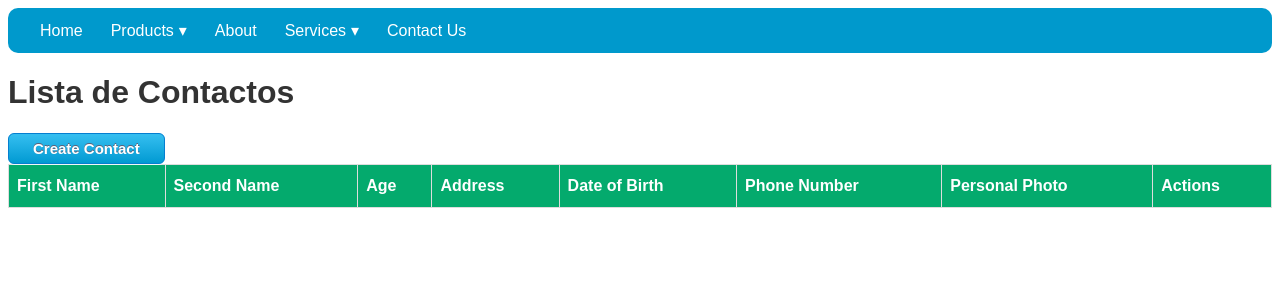
Repository: fgala1619/frontSistGestionBank
Page: index.html
The author's editor kept a copy of each file at every save. The page is drawn from the files as they stood at one save, then again after the next save.
The browser window is 1280 px wide. The pictures show the whole page.

Above is the page before, as saved 2023-07-26 20:12:03.

### index.html
<link rel="stylesheet" href="style.css" />
<link rel="stylesheet" href="menu.css" />
<script src="script.js"></script>

<nav id='menu'>
  <input type='checkbox' id='responsive-menu' onclick='updatemenu()'><label></label>
  <ul>
    <li><a href='http://'>Home</a></li>
    <li><a class='dropdown-arrow' href='http://'>Products</a>
      <ul class='sub-menus'>
        <li><a href='http://'>Products 1</a></li>
        <li><a href='http://'>Products 2</a></li>
        <li><a href='http://'>Products 3</a></li>
        <li><a href='http://'>Products 4</a></li>
      </ul>
    </li>
    <li><a href='http://'>About</a></li>
    <li><a class='dropdown-arrow' href='http://'>Services</a>
      <ul class='sub-menus'>
        <li><a href='http://'>Services 1</a></li>
        <li><a href='http://'>Services 2</a></li>
        <li><a href='http://'>Services 3</a></li>
      </ul>
    </li>
    <li><a href='http://'>Contact Us</a></li>
  </ul>
</nav>




<h1>Lista de Contactos</h1>

<a onclick="createContact()" href="#" class="myButton">Create Contact</a>

<table id="customers">
  <thead>
    <tr>
        <th>First Name</th>
        <th>Second Name</th>
        <th>Age</th>
        <th>Address</th>
        <th>Date of Birth</th>
        <th>Phone Number</th>
        <th>Personal Photo</th>
        <th>Actions</th>
    </tr>
    </thead>

    <tbody>

    </tbody>


</table>


<!-- Modal -->
<div id="modal" class="modale" aria-hidden="true">
  <div class="modal-dialog">
    <div class="modal-header">
      <h2>Contact Information</h2>

      <a onclick="cerrarModal()" href="#" class="btn-close closemodale" aria-hidden="true">&times;</a>
    </div>
    <div class="modal-body">
      <input type="text" name="f" placeholder="First Name" size="20" /><br/>
      <input type="text" name="s" placeholder="Second Name" size="20" /><br/>
      <input type="text" name="a" placeholder="Age" size="20" /><br/>
      <input type="text" name="ad" placeholder="Address" size="20" /><br/>
      <input type="text" name="d" placeholder="Date of Birth" size="20" /><br/>
      <input type="text" name="pn" placeholder="Phone Number" size="20" /><br/>
      <input type="text" name="pp" placeholder="Personal Photo" size="20" /><br/>
    </div>
    <div class="modal-footer">


      <a href="#" class="btn" id="btn_ingresar">Insert</a>
    </div>
  </div>
</div>
<!-- /Modal -->


<script>
    function createContact(){
        htmlModal = document.getElementById("modal");
        htmlModal.setAttribute("class", "modale opened");
    }

    function cerrarModal(){
        htmlModal = document.getElementById("modal");
        htmlModal.setAttribute("class", "modale");
    }
</script>

### style.css
#customers {
        font-family: Arial, Helvetica, sans-serif;
        border-collapse: collapse;
        width: 100%;
    }

    #customers td, #customers th {
        border: 1px solid #ddd;
        padding: 8px;
    }

    #customers tr:nth-child(even){background-color: #f2f2f2;}
    #customers tr:hover{background-color:#ddd;}

    #customers th{
        padding-top: 12px;
        padding-bottom: 12px;
        text-align: left;
        background-color: #04AA6D;
        color: white;
    }

    .myButton{
        box-shadow: 0px 1px 0px 0px #f0f7fa;
        background: linear-gradient(to bottom, #33bdef 5%, #019ad2 100%);
        background-color:#33bdef;
        border-radius: 6px;
        border: 1px solid #057fd0;
        display: inline-block;
        cursor: pointer;
        color: #ffffff;
        font-family: Arial;
        font-size: 15px;
        font-weight: bold;
        padding: 6px 24px;
        text-decoration: none;
        text-shadow: 0px -1px 0px #5b6178;
    }
    .myButton:hover{
        background: linear-gradient(to bottom, #019ad2 5%, #33bdef 100%);
        background-color:#019ad2;
    }
    .myButton:active{
        position: relative;
        top: 1px;
    }

    .btnDelete{
        box-shadow: 0px 1px 0px 0px #f0f7fa;
        background: linear-gradient(to bottom, #ed3434 5%, #d10202 100%);
        background-color:#ed3434;
        border-radius: 6px;
        border: 1px solid #cf0606;
        display: inline-block;
        cursor: pointer;
        color: #ffffff;
        font-family: Arial;
        font-size: 15px;
        font-weight: bold;
        padding: 6px 24px;
        text-decoration: none;
        text-shadow: 0px -1px 0px #5b6178;
    }
    .btnDelete:hover{
        background: linear-gradient(to bottom, #d10202 5%, #ed3434 100%);
        background-color:#d10202;
    }
    .btnDelete:active{
        position: relative;
        top: 1px;
    }






    body{
  font-family:sans-serif;
  color:#333;
}

.btn {
  background: #428bca;
  border: #357ebd solid 0px;
  border-radius: 3px;
  color: #fff;
  display: inline-block;
  font-size: 14px;
  padding: 8px 15px;
  text-decoration: none;
  text-align: center;
  min-width: 60px;
  position: relative;
  transition: color .1s ease;
}
.btn:hover {
  background: #357ebd;
}
.btn.btn-big {
  font-size: 18px;
  padding: 15px 20px;
  min-width: 100px;
}
.btn-close {
  color: #aaaaaa;
  font-size: 20px;
  text-decoration: none;
  padding:10px;
  position: absolute;
  right: 7px;
  top: 0;
}
.btn-close:hover {
  color: #919191;
}
.modale:before {
  content: "";
  display: none;
  background: rgba(0, 0, 0, 0.6);
  position: fixed;
  top: 0;
  left: 0;
  right: 0;
  bottom: 0;
  z-index: 10;
}
.opened:before {
  display: block;
}
.opened .modal-dialog {
  -webkit-transform: translate(0, 0);
  -ms-transform: translate(0, 0);
  transform: translate(0, 0);
  top: 20%;
}
.modal-dialog {
  background: #fefefe;
  border: #333333 solid 0px;
  border-radius: 5px;
  margin-left: -200px;
  text-align:center;
  position: fixed;
  left: 50%;
  top: -100%;
  z-index: 11;
  width: 360px;
  box-shadow:0 5px 10px rgba(0,0,0,0.3);
  -webkit-transform: translate(0, -500%);
  -ms-transform: translate(0, -500%);
  transform: translate(0, -500%);
  -webkit-transition: -webkit-transform 0.3s ease-out;
  -moz-transition: -moz-transform 0.3s ease-out;
  -o-transition: -o-transform 0.3s ease-out;
  transition: transform 0.3s ease-out;
}
.modal-body {
  padding: 20px;
}
.modal-body input{
  width:200px;
  padding:8px;
  border:1px solid #ddd;
  color:#888;
  outline:0;
  font-size:14px;
  font-weight:bold
}
.modal-header,
.modal-footer {
  padding: 10px 20px;
}
.modal-header {
  border-bottom: #eeeeee solid 1px;
}
.modal-header h2 {
  font-size: 20px;
}

### menu.css
#menu {
	background: #0099CC;
	color: #FFF;
	height: 45px;
	padding-left: 18px;
	border-radius: 10px;
}
#menu ul, #menu li {
	margin: 0 auto;
	padding: 0;
	list-style: none
}
#menu ul {
	width: 100%;
}
#menu li {
	float: left;
	display: inline;
	position: relative;
}
#menu a {
	display: block;
	line-height: 45px;
	padding: 0 14px;
	text-decoration: none;
	color: #FFFFFF;
	font-size: 16px;
}
#menu a.dropdown-arrow:after {
	content: "\25BE";
	margin-left: 5px;
}
#menu li a:hover {
	color: #0099CC;
	background: #F2F2F2;
}
#menu input {
	display: none;
	margin: 0;
	padding: 0;
	height: 45px;
	width: 100%;
	opacity: 0;
	cursor: pointer
}
#menu label {
	display: none;
	line-height: 45px;
	text-align: center;
	position: absolute;
	left: 35px
}
#menu label:before {
	font-size: 1.6em;
	content: "\2261";
	margin-left: 20px;
}
#menu ul.sub-menus{
	height: auto;
	overflow: hidden;
	width: 170px;
	background: #444444;
	position: absolute;
	z-index: 99;
	display: none;
}
#menu ul.sub-menus li {
	display: block;
	width: 100%;
}
#menu ul.sub-menus a {
	color: #FFFFFF;
	font-size: 16px;
}
#menu li:hover ul.sub-menus {
	display: block
}
#menu ul.sub-menus a:hover{
	background: #F2F2F2;
	color: #444444;
}
@media screen and (max-width: 800px){
	#menu {position:relative}
	#menu ul {background:#111;position:absolute;top:100%;right:0;left:0;z-index:3;height:auto;display:none}
	#menu ul.sub-menus {width:100%;position:static;}
	#menu ul.sub-menus a {padding-left:30px;}
	#menu li {display:block;float:none;width:auto;}
	#menu input, #menu label {position:absolute;top:0;left:0;display:block}
	#menu input {z-index:4}
	#menu input:checked + label {color:white}
	#menu input:checked + label:before {content:"\00d7"}
	#menu input:checked ~ ul {display:block}
}

### script.js
function search()
{
    var resultado = [


    ];

    var row = `<tr>
    <td>Yisel</td>
    <td>Perez</td>
    <td>34</td>
    <td>Calle Republica Final</td>
    <td>10-05-1988</td>
    <td>54961464</td>
    <td>https://mifoto.com</td>
    <td>
        <a href="#" class="myButton">Edit</a>
        <a href="#" class="btnDelete">Delete</a>
    </td>
</tr>`

document.querySelector('#customers > tbody').outerHTML = row
}

document.addEventListener("DOMContentLoaded", function(event){

});

After the next save:
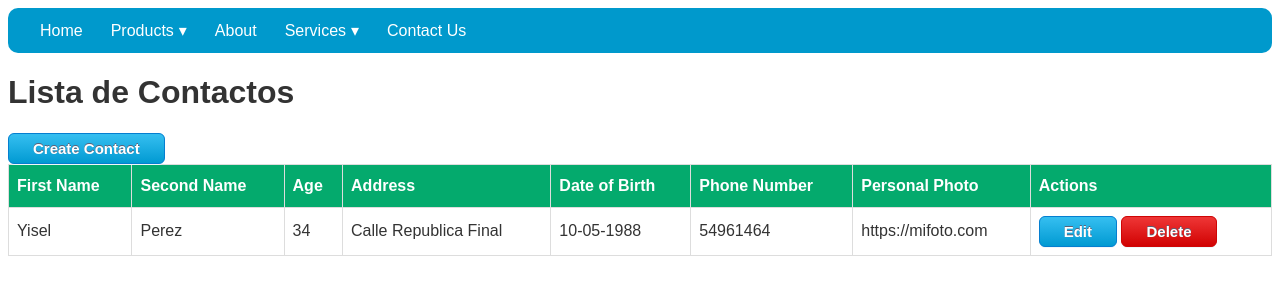
Saved 36 s later.
--- a/script.js
+++ b/script.js
@@ -22,6 +22,4 @@
 document.querySelector('#customers > tbody').outerHTML = row
 }
 
-document.addEventListener("DOMContentLoaded", function(event){
-
-});
+document.addEventListener("DOMContentLoaded", search);

After the 2 saves that followed:
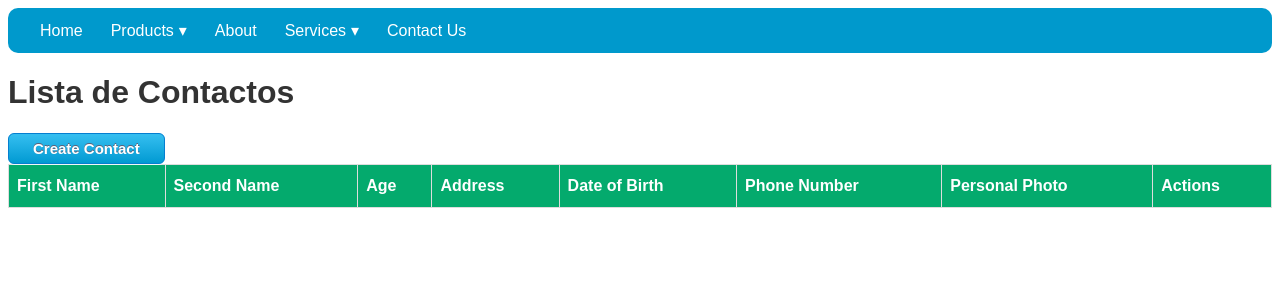
The 2 saves are shown as one change because 1 left the picture as it was.
The last was saved 3 min 20 s later.
--- a/script.js
+++ b/script.js
@@ -1,3 +1,10 @@
+document.addEventListener("DOMContentLoaded", init);
+
+function init()
+{
+
+}
+
 function search()
 {
     var resultado = [
@@ -21,5 +28,3 @@
 
 document.querySelector('#customers > tbody').outerHTML = row
 }
-
-document.addEventListener("DOMContentLoaded", search);
